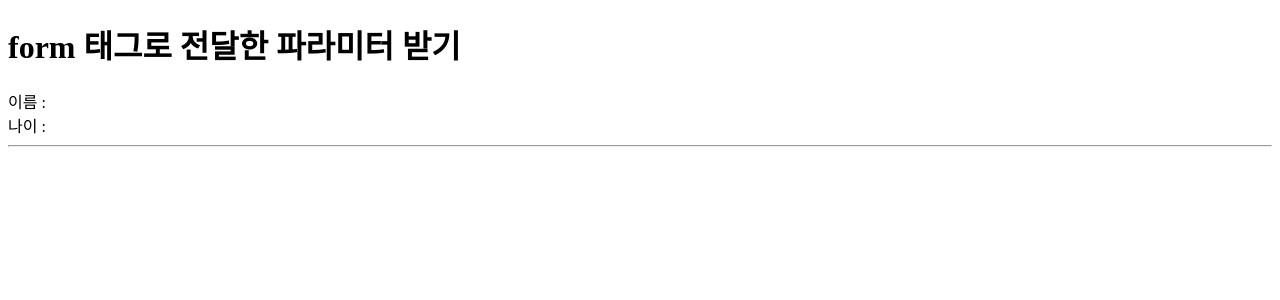
Repository: havanara/240411_JSTL_Project
Page: http://localhost/jstl_study/step-4.jsp
The author's editor kept a copy of each file at every save. The page is drawn from the files as they stood at one save, then again after the next save.
The browser window is 1280 px wide. The pictures show the whole page.
The page is served by Tomcat 9. Other server files are loaded and not shown.

Above is the page before, as saved 2024-04-11 03:35:38.

### jstl_study/src/main/webapp/step-4.jsp
<%@ page language="java" contentType="text/html; charset=UTF-8"
    pageEncoding="UTF-8"%>
    <%@ taglib uri="http://java.sun.com/jsp/jstl/core" prefix="c" %>
<!DOCTYPE html>
<html>
<head>
<meta charset="UTF-8">
<title>Insert title here</title>
</head>
<body>

<h1>form 태그로 전달한 파라미터 받기</h1>
이름 : ${param.name } <br>
나이 : ${param.age } <br>

<!-- 스크립틀릿 방식으로 파라미터 가져오기 -->


<!-- c:if이용하여 나이가 18세 이하면 미성년자 입니다 라고 출력 -->

<c:if test="${param.age <= 18 }">
	<h2>${param.name }은 미성년자 입니다.</h2>
</c:if>

<hr>

</body>
</html>

After the next save:
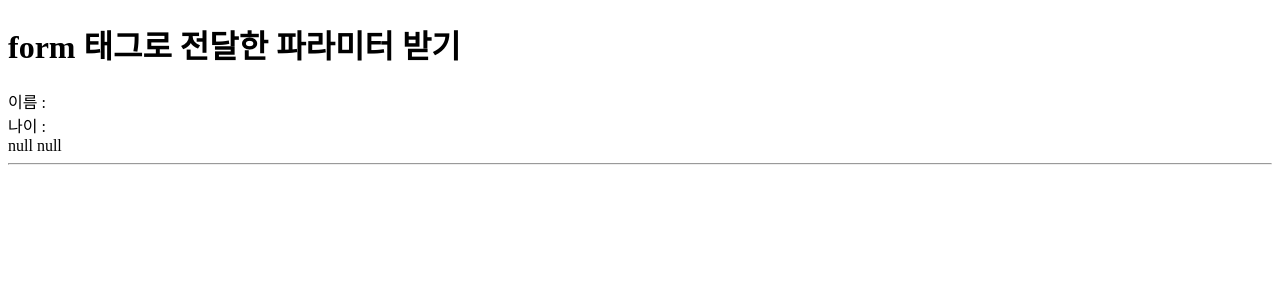
Saved 27 s later.
--- a/jstl_study/src/main/webapp/step-4.jsp
+++ b/jstl_study/src/main/webapp/step-4.jsp
@@ -14,7 +14,8 @@
 나이 : ${param.age } <br>
 
 <!-- 스크립틀릿 방식으로 파라미터 가져오기 -->
-
+<%=request.getParameter("name") %>
+<%=request.getParameter("age") %>
 
 <!-- c:if이용하여 나이가 18세 이하면 미성년자 입니다 라고 출력 -->
 
